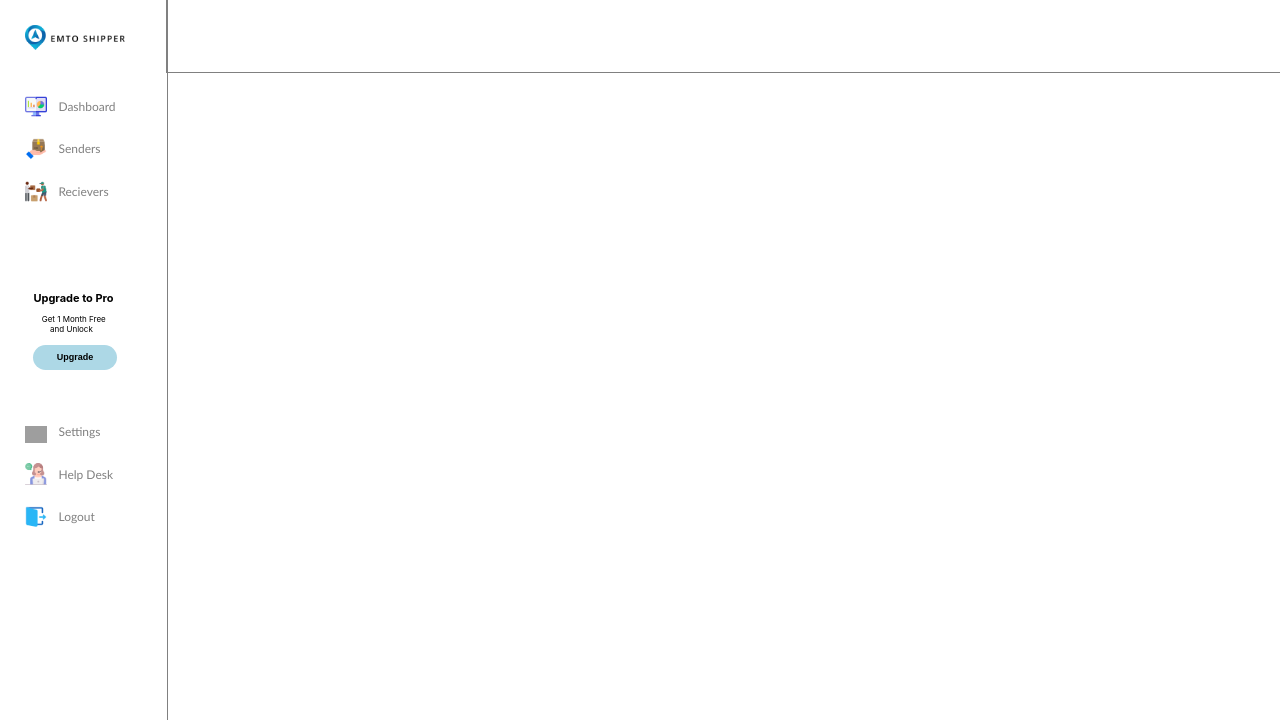
Repository: RoshanArun/Emto-Web
Page: /dashboard (app in emto/reactfirst/)
An editor plug-in stored every save of this project. The page is shown before and after the next save, followed by the edit.
The browser window is 1280 px wide. The pictures show the whole page.
Pictures or frames that could not be fetched are drawn as grey boxes. The project was rebuilt for these pictures with package versions that can differ from the ones it lists, and the page was loaded fresh each time. Also part of the build but not shown: emto/reactfirst/src/pages/SignUp/SignUp.css, emto/reactfirst/src/pages/SignUp/SignUp.js, emto/reactfirst/src/pages/Login/Login.js.

Above is the page before, as saved 2023-07-26 00:19:23.

### emto/reactfirst/src/App.js
import React from 'react';
import './pages/Login/Login.css';
import './pages/SignUp/SignUp.css';
import './pages/DashBoard/DashBoard.css';

import { BrowserRouter as Router, Routes, Route }
    from 'react-router-dom';

import SignUp from './pages/SignUp/SignUp';
import Login from './pages/Login/Login';
import DashBoard from './pages/DashBoard/DashBoard';


function App() {
    return (
        <Router>
            <Routes>
                <Route exact path='/' element={<Login />} />
                <Route path='/sign-up' element={<SignUp />} />
                <Route path='/dashboard' element={<DashBoard />} />
            </Routes>
        </Router>
    );
}

export default App;

### emto/reactfirst/src/pages/Login/Login.css
.wrapper {
  width: 100%;
  height: 100%;
  display: flex;
  flex-basis: 100%;
}

.page-left {
  width: 30%;
  min-width: 250px;
  height: 100vh;
  min-height: 570px;
  background-color: #f5f5f5;
}

.page-right {
  width: 100%;
  height: 75vh;
  background-color: #ffffff;
}

.logo {
  width: 60%;
  padding-top: 5%;
  padding-left: 5%;
  padding-bottom: 35%;
}

.truck {
  width: 100%;
  padding-bottom: 10%;
}

.emtocaption {
  width: 65%;
  padding-left: 7%;
  padding-bottom: 5%;
}

.box {
  width: 85%;
  background-color: white;
  border-radius: 25px;
  margin-left: 5%;
  padding-left: 5%;
  padding-top: 2%;
  padding-bottom: 10%;
}

.details {
  font-size: 13px;
  font-family: 'Gill Sans', 'Gill Sans MT', Calibri, 'Trebuchet MS', sans-serif;
  padding-bottom: 8%;
}

.link {
  font-size: 10px;
  font-family: 'Gill Sans', 'Gill Sans MT', Calibri, 'Trebuchet MS', sans-serif;
}

.signin-content {
  height: 85%;
  width: 240px;
  margin-left: auto;
  margin-right: auto;
  padding-top: 30vh;
  min-height: 300px;
}

.signin-label {
  font-size: 27px;
  padding-bottom: 10%;
  padding-right: 30%;
  font-family: 'Gill Sans', 'Gill Sans MT', Calibri, 'Trebuchet MS', sans-serif;
  float: left;
}

.num-label {
  float: left;
  font-size: 12px;
  margin-bottom: 7px;
  font-family: 'Gill Sans', 'Gill Sans MT', Calibri, 'Trebuchet MS', sans-serif;
}

.numinput {
  border-radius: 5px;
  border: 1px solid lightgrey;
  height: 35px;
  width: 235px;
  float: left;
}

input::-webkit-inner-spin-button {
  -webkit-appearance: none;
  margin: 0;
}

.small {
  display: block;
  margin-bottom: -10px;
}

.invalidnumber {
  font-size: 8px;
  float: right;
  color: red;
}

.OTP-label {
  float: left;
  font-size: 11px;
  margin-right: 200px;
  margin-bottom: 7px;
  font-family: 'Gill Sans', 'Gill Sans MT', Calibri, 'Trebuchet MS', sans-serif;
}

.OTPNUM-input {
  width: 50px;
  height: 50px;
  border-radius: 5px;
  border: 1px solid lightgrey;
  position: relative;
  margin-right: 6px;
}

.OTPNUM-inputend {
  width: 50px;
  height: 50px;
  border-radius: 5px;
  border: 1px solid lightgrey;
  position: relative;
}

.invalidOTP {
  font-size: 8px;
  float: right;
  color: red;
}

.submit-button {
  width: 240px;
  height: 35px;
  background-color: #0d69ae;
  color: white;
  border-radius: 5px;
  border: 1px solid lightgrey;
  font-family: 'Gill Sans', 'Gill Sans MT', Calibri, 'Trebuchet MS', sans-serif;
  font-size: 11px;
  margin-top: 10px;
}

.bottom {
  height: 5%;
  margin-top: 1.5%;
  width: 100%;
  font-size: 9px;
  font-family: 'Gill Sans', 'Gill Sans MT', Calibri, 'Trebuchet MS', sans-serif;
}

.terms {
  margin-left: 5px;
  float: left;
}

.language {
  font-size: 9px;
  float: right;
  font-family: 'Gill Sans', 'Gill Sans MT', Calibri, 'Trebuchet MS', sans-serif;
  padding: 3px;
  margin-right: 10px;
}

.radio-button {
  float: right;
  height: 10px;
  width: 10px;
}

@media (max-width: 600px) {
  .wrapper {
    flex-wrap: wrap;
  }

  div {
    flex-basis: 33%;
  }

  .page-left {
    width: 100%;
    min-width: 100%;
    height: 100%;
    background-color: #f5f5f5;
  }

  .box {
    width: 85%;
    background-color: white;
    border-radius: 25px;
    margin-left: 5%;
    padding-left: 5%;
    padding-top: 2%;
    padding-bottom: 5%;
    margin-bottom: 5%;
  }

  .page-right {
    width: 100%;
    min-width: 100%;
    height: 150vw;
    background-color: #f5f5f5;
  }

  .signin-content {
    height: 85%;
    width: 240px;
    padding-top: 25vh;
    text-align: center;

  }
}

### emto/reactfirst/src/pages/DashBoard/DashBoard.css
.dashboard-top{
    height: 10vh;
    width: 100vw;
    outline: 1px solid gray;
}

.dashboard-left {
    width: 15vw;
    height: 100vh;
    outline: 1px solid gray;
}

.dashboardlogo {
    width: 60%;
    margin-top: 15%;
    margin-bottom: 15%;
    margin-left: 15%;
}

.dashboardicon {
    margin-top: 10%;
    margin-left: 15%;
    width: 13%;
}

.dashboardlabels{
    margin-left: 7%;
    font-size: 12px;
    position: relative;
    bottom: .5vw;
    font-family: 'Gill Sans', 'Gill Sans MT', Calibri, 'Trebuchet MS', sans-serif;
    color: gray;
}

.pro{
    margin-left: 20%;
    font-size: 11px;
    font-weight: bold;

}

.unlock{
    margin-left: 25%;
    font-size: 8px;
    word-wrap: break-word;

}

.unlock2{
    margin-left: 30%;
    font-size: 8px;
    word-wrap: break-word;
}

.upgrade {
    background-color: lightblue; /* Green */
    border: none;
    text-align: center;
    font-size: 9px;
    font-weight: bold;
    margin-left: 20%;
    margin-top: 5%;
    border-radius: 15px;
    width: 50%;
    height: 3.5%;
  }

### emto/reactfirst/src/pages/DashBoard/DashBoard.js
import React from 'react';
import IMAGES from '../../Components';

const DashBoard = () => {
    return (
        <div class="DashBoard">
            <meta name="viewport" content="width=device-width, initial-scale=1.0" />
            <div class="wrapper">


                <div class="dashboard-left">
                    <img src={IMAGES.emtologo} class="dashboardlogo" alt="dashboardlogo" /><br></br>
                    <img src={IMAGES.dashboard} class="dashboardicon" alt="dashboardlogo" /><label class="dashboardlabels">Dashboard</label><br></br>
                    <img src={IMAGES.senders} class="dashboardicon" alt="dashboardlogo" /><label class="dashboardlabels">Senders</label><br></br>
                    <img src={IMAGES.recievers} class="dashboardicon" alt="dashboardlogo" /><label class="dashboardlabels">Recievers</label><br></br><br></br><br></br><br></br><br></br>
                    <label class="pro">Upgrade to Pro</label><br></br>
                    <label class="unlock">Get 1 Month Free</label><span class="small"></span>
                    <label class="unlock2">and Unlock</label><br></br>
                    <button class="upgrade">Upgrade</button><br></br><br></br><br></br>

                    <img src={IMAGES.settings} class="dashboardicon" alt="dashboardlogo" /><label class="dashboardlabels">Settings</label><br></br>
                    <img src={IMAGES.csx} class="dashboardicon" alt="dashboardlogo" /><label class="dashboardlabels">Help Desk</label><br></br>
                    <img src={IMAGES.logout} class="dashboardicon" alt="dashboardlogo" /><label class="dashboardlabels">Logout</label><br></br><br></br><br></br><br></br><br></br>
                </div>
                <div class="dashboard-top">

                </div>
            </div>
        </div>
    );
}



export default DashBoard;

### emto/reactfirst/src/Components/index.js
const IMAGES = {
    emtocaption: require('./emto-caption.png'),
    emtotruck: require('./emtotruck.jpg'),
    emtologo: require('./emto-logo.png'),

    dashboard: require('./business-report.png'),
    senders: require('./senders.png'),
    recievers: require('./recievers.png'),

    settings: require('./settings.png'),
    csx: require('./customer-service.png'),
    logout: require('./logout.png'),

}

export default IMAGES;

Loaded but not shown: emto/reactfirst/public/index.html (common file); emto/reactfirst/src/index.js (common file); emto/reactfirst/src/index.css (common file); emto/reactfirst/src/reportWebVitals.js (common file)

After the next save:
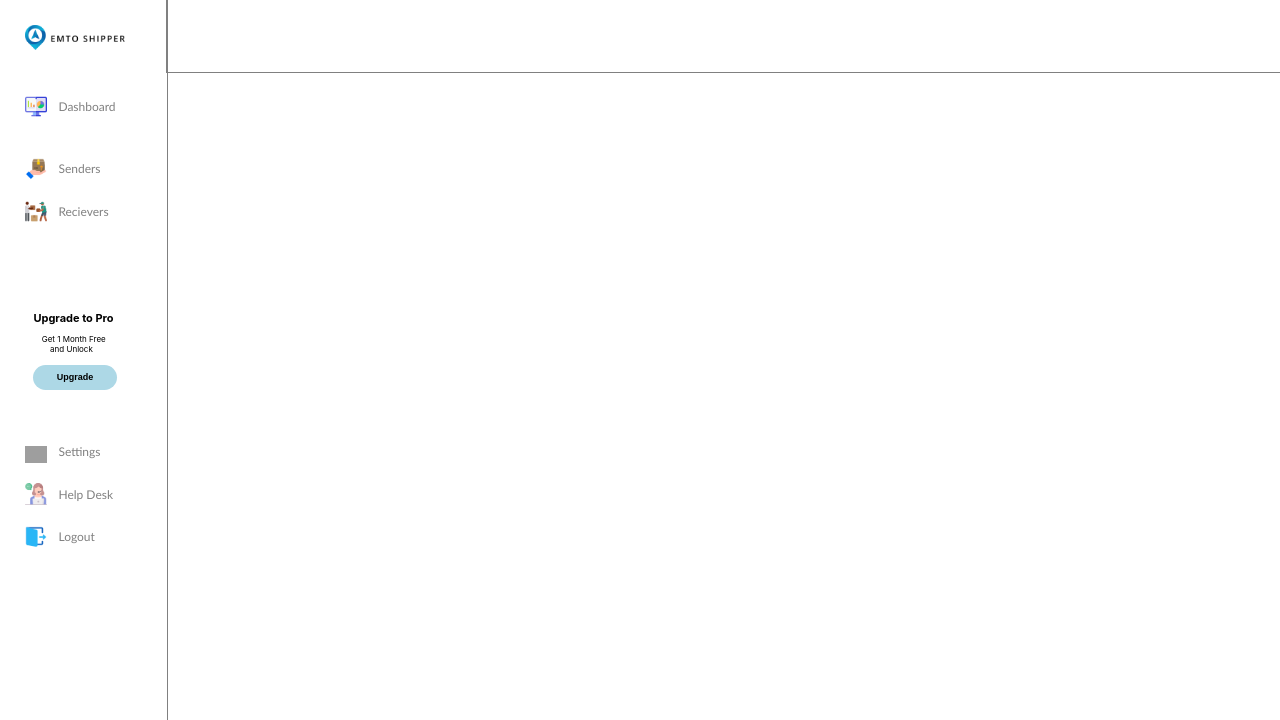
Saved 14 s later.
--- a/emto/reactfirst/src/pages/DashBoard/DashBoard.js
+++ b/emto/reactfirst/src/pages/DashBoard/DashBoard.js
@@ -10,7 +10,7 @@
 
                 <div class="dashboard-left">
                     <img src={IMAGES.emtologo} class="dashboardlogo" alt="dashboardlogo" /><br></br>
-                    <img src={IMAGES.dashboard} class="dashboardicon" alt="dashboardlogo" /><label class="dashboardlabels">Dashboard</label><br></br>
+                    <img src={IMAGES.dashboard} class="dashboardicon" alt="dashboardlogo" /><label class="dashboardlabels">Dashboard</label><br></br><br></br>
                     <img src={IMAGES.senders} class="dashboardicon" alt="dashboardlogo" /><label class="dashboardlabels">Senders</label><br></br>
                     <img src={IMAGES.recievers} class="dashboardicon" alt="dashboardlogo" /><label class="dashboardlabels">Recievers</label><br></br><br></br><br></br><br></br><br></br>
                     <label class="pro">Upgrade to Pro</label><br></br>

After the save that followed:
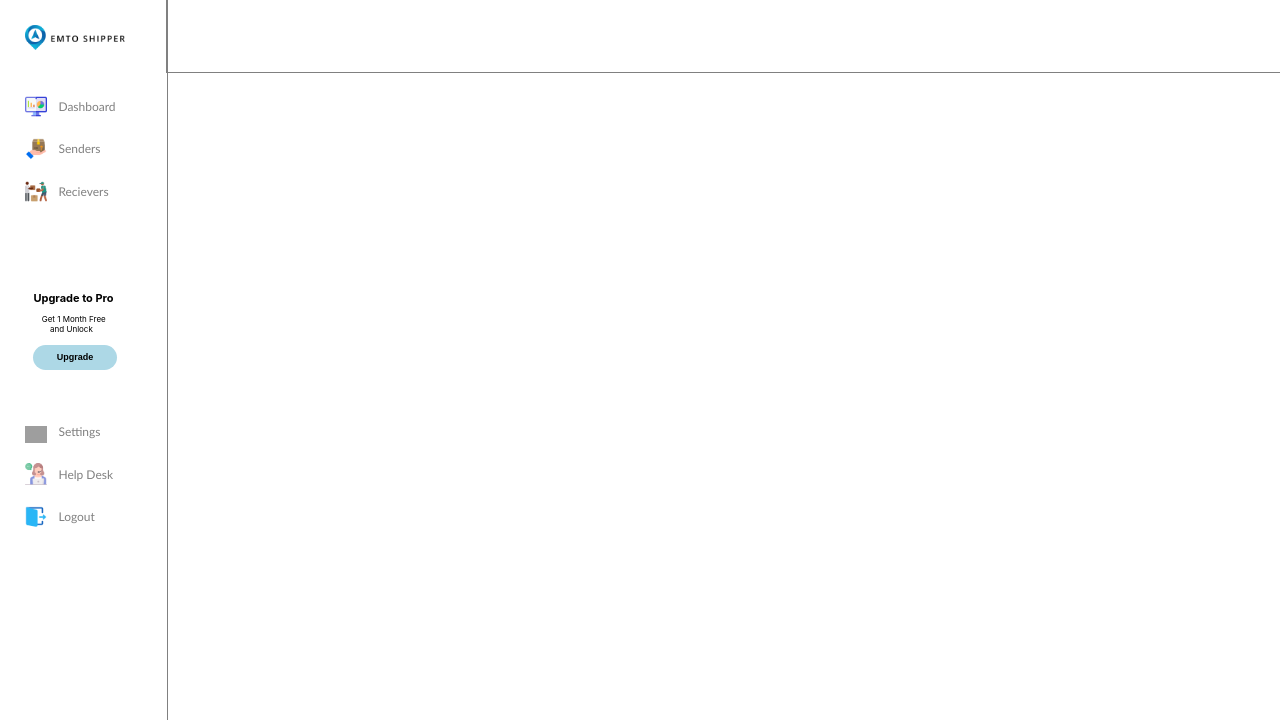
Saved 5 s later.
--- a/emto/reactfirst/src/pages/DashBoard/DashBoard.js
+++ b/emto/reactfirst/src/pages/DashBoard/DashBoard.js
@@ -10,7 +10,7 @@
 
                 <div class="dashboard-left">
                     <img src={IMAGES.emtologo} class="dashboardlogo" alt="dashboardlogo" /><br></br>
-                    <img src={IMAGES.dashboard} class="dashboardicon" alt="dashboardlogo" /><label class="dashboardlabels">Dashboard</label><br></br><br></br>
+                    <img src={IMAGES.dashboard} class="dashboardicon" alt="dashboardlogo" /><label class="dashboardlabels">Dashboard</label><br></br>
                     <img src={IMAGES.senders} class="dashboardicon" alt="dashboardlogo" /><label class="dashboardlabels">Senders</label><br></br>
                     <img src={IMAGES.recievers} class="dashboardicon" alt="dashboardlogo" /><label class="dashboardlabels">Recievers</label><br></br><br></br><br></br><br></br><br></br>
                     <label class="pro">Upgrade to Pro</label><br></br>
